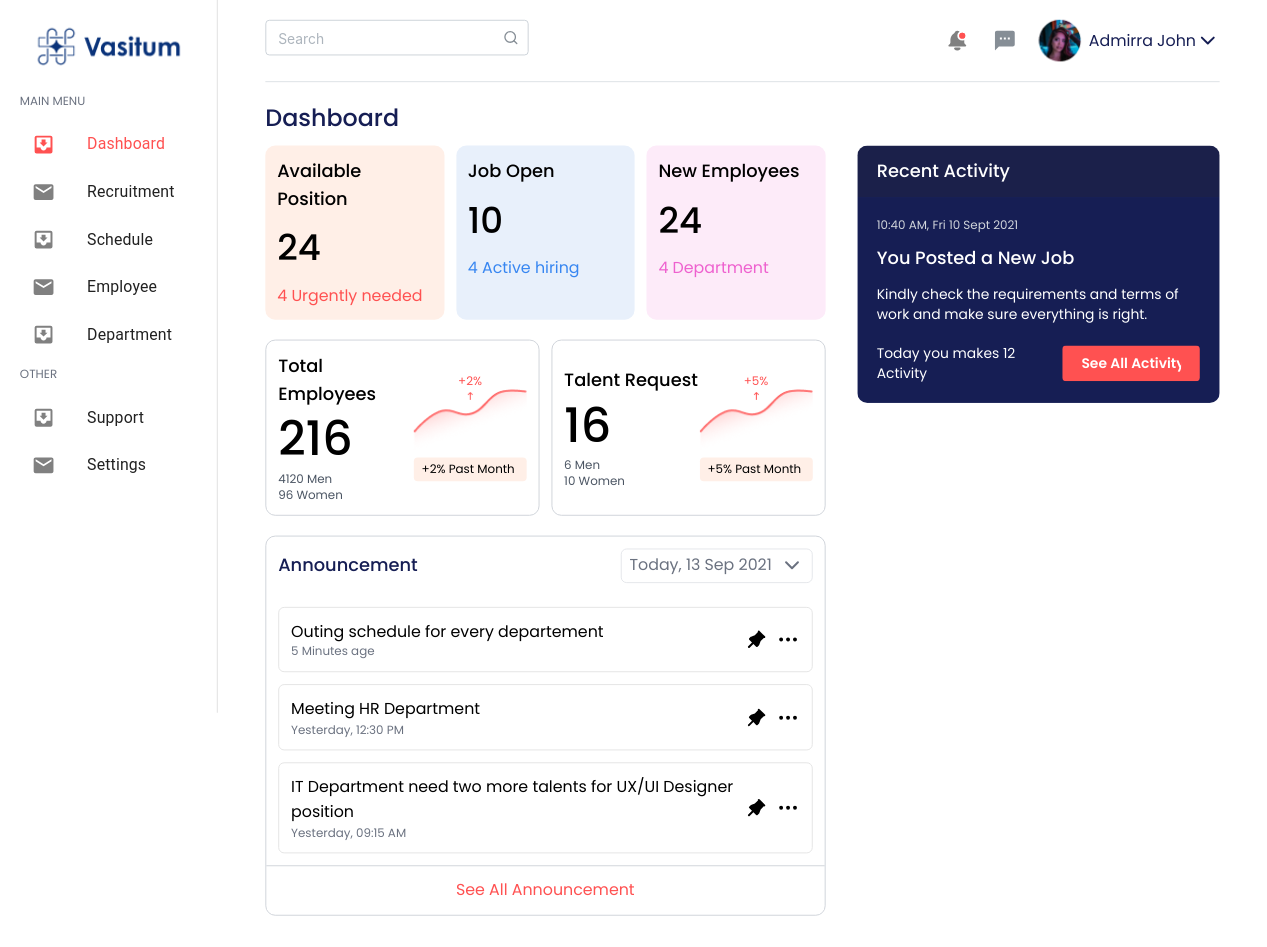
Repository: SatyaDewangan05/sample-dashboard
Page: /
An editor plug-in stored every save of this project. The page is shown before and after the next save, followed by the edit.
The browser window is 1280 px wide. The pictures show the whole page, at 99% of full size.
The project was rebuilt for these pictures with package versions that can differ from the ones it lists, and the page was loaded fresh each time. The framework's server and built-in components were replaced by stand-ins that run in the browser. Also part of the build but not shown: next.config.mjs.

Above is the page before, as saved 2024-09-22 09:16:22.

### src/app/layout.js
import localFont from "next/font/local";
import "./globals.css";
import { MantineProvider } from "@mantine/core";
import "@mantine/core/styles.css";

const geistSans = localFont({
  src: "./fonts/GeistVF.woff",
  variable: "--font-geist-sans",
  weight: "100 900",
});
const geistMono = localFont({
  src: "./fonts/GeistMonoVF.woff",
  variable: "--font-geist-mono",
  weight: "100 900",
});

import { Poppins } from "next/font/google";
const poppins = Poppins({
  weight: ["400", "500", "600", "700"], // You can choose different weights like '300', '500' etc.
  subsets: ["latin"],
});

export const metadata = {
  title: "Create Next App",
  description: "Generated by create next app",
};

export default function RootLayout({ children }) {
  return (
    <html lang="en">
      <body className={`${poppins.className} antialiased bg-white`}>
        <MantineProvider>{children}</MantineProvider>
      </body>
    </html>
  );
}

### src/app/page.jsx
"use client";

import Image from "next/image";
import MiniDrawer from "./components/Drawer";
import {
  ActionIcon,
  Anchor,
  Avatar,
  Button,
  Divider,
  Indicator,
  TextInput,
  Title,
} from "@mantine/core";
import { Search } from "lucide-react";
import {
  IconBellFilled,
  IconChevronCompactDown,
  IconChevronDown,
  IconDots,
  IconPinFilled,
} from "@tabler/icons-react";
import TextsmsIcon from "@mui/icons-material/Textsms";
import DP from "@/images/dp.png";
import ThreeData from "./components/card/ThreeData";
import DetailChart from "./components/card/DetailChart";
import Event from "./components/card/Event";

export default function Home() {
  return (
    <div className="flex">
      <MiniDrawer />
      <div className="w-full px-12">
        {/* Top Bar */}
        <div className="w-full py-5 flex justify-between">
          <TextInput placeholder="Search" rightSection={<Search size={16} />} />
          <div className="flex items-center gap-5">
            <ActionIcon
              variant="transparent"
              color="gray"
              // c="black"
              aria-label="Settings"
            >
              <Indicator color="#FF5151" offset={7} withBorder>
                <IconBellFilled color="gray" />
              </Indicator>
            </ActionIcon>
            <ActionIcon
              variant="transparent"
              color="gray"
              // c="black"
              aria-label="Settings"
            >
              <TextsmsIcon color="gray" />
            </ActionIcon>
            <div className="flex gap-2 items-center">
              <Image src={DP} />
              <Anchor
                href="https://mantine.dev/"
                target="_blank"
                underline="never"
                c="#161E54"
              >
                <div className="flex items-center">
                  Admirra John
                  <IconChevronDown />
                </div>
              </Anchor>
            </div>
          </div>
        </div>

        <Divider />

        <div className="w-full py-5">
          <p className="text-2xl font-medium text-[#161E54]">Dashboard</p>
          <div className="py-3 grid grid-cols-5 gap-8">
            <div className="col-span-3 flex flex-col gap-5">
              <div className="grid grid-cols-3 gap-3">
                <ThreeData
                  heading="Available Position"
                  figure={24}
                  text="4 Urgently needed"
                  bgColor="#FFEFE7"
                  textColor="#FF5151"
                />
                <ThreeData
                  heading="Job Open"
                  figure={10}
                  text="4 Active hiring"
                  bgColor="#E8F0FB"
                  textColor="#3786F1"
                />
                <ThreeData
                  heading="New Employees"
                  figure={24}
                  text="4 Department"
                  bgColor="#FDEBF9"
                  textColor="#EE61CF"
                />
              </div>
              <div className="grid grid-cols-2 gap-3">
                <DetailChart
                  heading="Total Employees"
                  figure={216}
                  texts={["4120 Men", "96 Women"]}
                  variation="+2%"
                />
                <DetailChart
                  heading="Talent Request"
                  figure={16}
                  texts={["6 Men", "10 Women"]}
                  variation="+5%"
                />
              </div>

              <div className="rounded-[10px] border border-gray-300">
                <div className="p-3 flex justify-between items-center">
                  <p className="text-lg font-medium text-[#161E54]">
                    Announcement
                  </p>
                  <div className="px-2 py-1 rounded-md border border-gray-200 flex items-center gap-2 text-gray-500">
                    <p>Today, 13 Sep 2021</p>
                    <IconChevronDown />
                  </div>
                </div>
                <div className="p-3 flex flex-col gap-3">
                  <Event
                    text="Outing schedule for every departement"
                    lastUpdate="5 Minutes age"
                  />
                  <Event
                    text="Meeting HR Department"
                    lastUpdate="Yesterday, 12:30 PM"
                  />
                  <Event
                    text="IT Department need two more talents for UX/UI Designer position"
                    lastUpdate="Yesterday, 09:15 AM"
                  />
                </div>
                <Divider color="#d1d5db" />
                <div className="p-3 text-[#FF5151] text-center hover:text-opacity-60 hover:cursor-pointer">
                  {" "}
                  See All Announcement
                </div>
              </div>
            </div>
            <div className="col-span-2 flex flex-col gap-3">
              <div className="rounded-[10px] overflow-hidden text-white">
                <p className="px-5 py-3 text-lg font-medium bg-[#1B204A]">
                  Recent Activity
                </p>
                <div className="p-5 bg-[#161E54]">
                  <p className="text-xs text-gray-300">
                    10:40 AM, Fri 10 Sept 2021
                  </p>
                  <p className="mt-3 text-lg font-medium">
                    You Posted a New Job
                  </p>
                  <p className="mt-3 text-sm">
                    Kindly check the requirements and terms of work and make
                    sure everything is right.
                  </p>
                  <div className="mt-5 flex justify-between items-center">
                    <p className="text-sm">Today you makes 12 Activity</p>
                    <Button color="#FF5151" c="white">
                      See All Activity
                    </Button>
                  </div>
                </div>
              </div>
            </div>
          </div>
        </div>
      </div>
    </div>
  );
}

### src/app/globals.css
@tailwind base;
@tailwind components;
@tailwind utilities;

:root {
  --background: #ffffff;
  --foreground: #171717;
}

/* @media (prefers-color-scheme: dark) {
  :root {
    --background: #0a0a0a;
    --foreground: #ededed;
  }
} */

body {
  color: var(--foreground);
  background: var(--background);
  font-family: Arial, Helvetica, sans-serif;
}

@layer utilities {
  .text-balance {
    text-wrap: balance;
  }
}

@layer base {
  :root {
    --background: 0 0% 100%;
    --foreground: 0 0% 3.9%;
    --card: 0 0% 100%;
    --card-foreground: 0 0% 3.9%;
    --popover: 0 0% 100%;
    --popover-foreground: 0 0% 3.9%;
    --primary: 0 0% 9%;
    --primary-foreground: 0 0% 98%;
    --secondary: 0 0% 96.1%;
    --secondary-foreground: 0 0% 9%;
    --muted: 0 0% 96.1%;
    --muted-foreground: 0 0% 45.1%;
    --accent: 0 0% 96.1%;
    --accent-foreground: 0 0% 9%;
    --destructive: 0 84.2% 60.2%;
    --destructive-foreground: 0 0% 98%;
    --border: 0 0% 89.8%;
    --input: 0 0% 89.8%;
    --ring: 0 0% 3.9%;
    --chart-1: 12 76% 61%;
    --chart-2: 173 58% 39%;
    --chart-3: 197 37% 24%;
    --chart-4: 43 74% 66%;
    --chart-5: 27 87% 67%;
    --radius: 0.5rem;
  }
  .dark {
    --background: 0 0% 3.9%;
    --foreground: 0 0% 98%;
    --card: 0 0% 3.9%;
    --card-foreground: 0 0% 98%;
    --popover: 0 0% 3.9%;
    --popover-foreground: 0 0% 98%;
    --primary: 0 0% 98%;
    --primary-foreground: 0 0% 9%;
    --secondary: 0 0% 14.9%;
    --secondary-foreground: 0 0% 98%;
    --muted: 0 0% 14.9%;
    --muted-foreground: 0 0% 63.9%;
    --accent: 0 0% 14.9%;
    --accent-foreground: 0 0% 98%;
    --destructive: 0 62.8% 30.6%;
    --destructive-foreground: 0 0% 98%;
    --border: 0 0% 14.9%;
    --input: 0 0% 14.9%;
    --ring: 0 0% 83.1%;
    --chart-1: 220 70% 50%;
    --chart-2: 160 60% 45%;
    --chart-3: 30 80% 55%;
    --chart-4: 280 65% 60%;
    --chart-5: 340 75% 55%;
  }
}

@layer base {
  * {
    @apply border-border;
  }
  body {
    @apply bg-background text-foreground;
  }
}

### src/app/components/Drawer.jsx
"use client";

import { styled } from "@mui/material/styles";
import MuiDrawer from "@mui/material/Drawer";
import List from "@mui/material/List";
import IconButton from "@mui/material/IconButton";
import MenuIcon from "@mui/icons-material/Menu";

import ListItem from "@mui/material/ListItem";
import ListItemButton from "@mui/material/ListItemButton";
import ListItemIcon from "@mui/material/ListItemIcon";
import ListItemText from "@mui/material/ListItemText";
import InboxIcon from "@mui/icons-material/MoveToInbox";
import MailIcon from "@mui/icons-material/Mail";
import { useState } from "react";
import Image from "next/image";

import Logo from "@/images/logo.svg";
import LogoWithName from "@/images/logo_with_name.png";

const drawerWidth = 220;

const openedMixin = (theme) => ({
  width: drawerWidth,
  transition: theme.transitions.create("width", {
    easing: theme.transitions.easing.sharp,
    duration: theme.transitions.duration.enteringScreen,
  }),
  overflowX: "hidden",
});

const closedMixin = (theme) => ({
  transition: theme.transitions.create("width", {
    easing: theme.transitions.easing.sharp,
    duration: theme.transitions.duration.leavingScreen,
  }),
  overflowX: "hidden",
  width: "80px",
  [theme.breakpoints.up("sm")]: {
    width: "80px",
  },
});

const DrawerHeader = styled("div")(({ theme }) => ({
  display: "flex",
  alignItems: "center",
  justifyContent: "center",
  padding: "20px",
  // necessary for content to be below app bar
  ...theme.mixins.toolbar,
}));

const Drawer = styled(MuiDrawer, {
  shouldForwardProp: (prop) => prop !== "open",
})(({ theme }) => ({
  width: drawerWidth,
  flexShrink: 0,
  whiteSpace: "nowrap",
  boxSizing: "border-box",
  variants: [
    {
      props: ({ open }) => open,
      style: {
        ...openedMixin(theme),
        "& .MuiDrawer-paper": openedMixin(theme),
      },
    },
    {
      props: ({ open }) => !open,
      style: {
        ...closedMixin(theme),
        "& .MuiDrawer-paper": closedMixin(theme),
      },
    },
  ],
}));

export default function MiniDrawer() {
  const [open, setOpen] = useState(true);

  const [active, setActive] = useState("Dashboard");

  return (
    <Drawer variant="permanent" open={open}>
      <DrawerHeader>
        <IconButton onClick={() => setOpen((prevState) => !prevState)}>
          {open ? (
            <Image src={LogoWithName} alt="Images" />
          ) : (
            <Image className="mx-auto" src={Logo} alt="Images" />
          )}
        </IconButton>
      </DrawerHeader>
      <p
        className={`h-5 uppercase text-xs  text-gray-500 ${
          open ? "pl-5" : "text-center"
        }`}
      >
        Main Menu
      </p>
      <List>
        {["Dashboard", "Recruitment", "Schedule", "Employee", "Department"].map(
          (text, index) => (
            <ListItem key={text} disablePadding sx={{ display: "block" }}>
              <ListItemButton
                sx={[
                  {
                    minHeight: 48,
                    px: 2,
                    color: active === text ? "#FF5151" : "unset",
                  },
                  open
                    ? {
                        justifyContent: "initial",
                      }
                    : {
                        justifyContent: "center",
                      },
                ]}
                onClick={() => setActive(text)}
              >
                <ListItemIcon
                  sx={[
                    {
                      //   minWidth: 0,
                      justifyContent: "center",
                      color: active === text ? "#FF5151" : "gray",
                    },
                    open
                      ? {
                          mr: 2,
                        }
                      : {
                          mx: "auto",
                        },
                  ]}
                >
                  {index % 2 === 0 ? <InboxIcon /> : <MailIcon />}
                </ListItemIcon>
                <ListItemText
                  primary={text}
                  sx={[
                    open
                      ? {
                          opacity: 1,
                        }
                      : {
                          opacity: 0,
                        },
                  ]}
                />
              </ListItemButton>
            </ListItem>
          )
        )}
      </List>
      <p
        className={`h-5 uppercase text-xs text-gray-500 ${
          open ? " pl-5" : "text-center"
        }`}
      >
        Other
      </p>
      <List>
        {["Support", "Settings"].map((text, index) => (
          <ListItem key={text} disablePadding sx={{ display: "block" }}>
            <ListItemButton
              sx={[
                {
                  minHeight: 48,
                  px: 2,
                },
                open
                  ? {
                      justifyContent: "initial",
                    }
                  : {
                      justifyContent: "center",
                    },
              ]}
              onClick={() => setActive(text)}
            >
              <ListItemIcon
                sx={[
                  {
                    justifyContent: "center",
                    color: active === text ? "#FF5151" : "gray",
                  },
                  open
                    ? {
                        mr: 2,
                      }
                    : {
                        mx: "auto",
                      },
                ]}
              >
                {index % 2 === 0 ? <InboxIcon /> : <MailIcon />}
              </ListItemIcon>
              <ListItemText
                primary={text}
                sx={[
                  open
                    ? {
                        opacity: 1,
                      }
                    : {
                        opacity: 0,
                      },
                ]}
              />
            </ListItemButton>
          </ListItem>
        ))}
      </List>
    </Drawer>
  );
}

### src/app/components/card/ThreeData.jsx
const ThreeData = ({ heading, figure, text, bgColor, textColor }) => {
  return (
    <div
      className="p-3 rounded-[10px] flex flex-col gap-2"
      style={{ backgroundColor: bgColor ? bgColor : "gray" }}
    >
      <p className="text-lg font-medium">{heading}</p>
      <p className="text-[36px] font-medium">{figure}</p>
      <p
        className="text-base"
        style={{ color: textColor ? textColor : "white" }}
      >
        {text}
      </p>
    </div>
  );
};

export default ThreeData;

### src/app/components/card/DetailChart.jsx
import Image from "next/image";
import Graph from "@/images/graph.png";
import GraphLine from "@/images/graph-line.png";
import UpArrow from "@/images/up-arrow.png";

const DetailChart = ({ heading, figure, texts, variation }) => {
  return (
    <div className="p-3 rounded-[10px] border border-gray-300 flex justify-between items-center">
      <div className="flex flex-col gap-2">
        <p className="text-lg font-medium">{heading}</p>
        <p className="text-5xl font-medium">{figure}</p>
        <div>
          {Array.isArray(texts)
            ? texts.map((text, index) => (
                <p key={index} className="text-xs text-gray-600">
                  {text}
                </p>
              ))
            : null}
        </div>
      </div>
      <div className="flex flex-col justify-center">
        <div className="flex flex-col  items-center">
          <p className="text-xs text-[#FF5151] text-center">{variation}</p>
          <div className="h-[69px] w-[114px] relative">
            <Image
              src={UpArrow}
              className="absolute -top-[2px] left-1/2 -translate-x-1/2 z-30"
            />
            <Image src={GraphLine} className="absolute top-0 z-30" />
            <Image src={Graph} className="absolute top-0 z-30" />
          </div>
        </div>
        <div className="px-2 py-1 text-xs rounded bg-[#FFEFE7]">
          {variation} Past Month
        </div>
      </div>
    </div>
  );
};

export default DetailChart;

### src/app/components/card/Event.jsx
import { IconDots, IconPinFilled } from "@tabler/icons-react";
import { useState } from "react";

const Event = ({ text, lastUpdate }) => {
  const [pinned, setPinned] = useState(false);
  return (
    <div className="w-full p-3 rounded-md border flex justify-between items-center">
      <div>
        <p>{text}</p>
        <p className="text-xs text-gray-500">{lastUpdate}</p>
      </div>
      <div className="flex gap-2 items-center">
        <IconPinFilled
          color={pinned ? "gray" : "unset"}
          className="hover:cursor-pointer"
          onClick={() => setPinned((prevState) => !prevState)}
        />
        <IconDots />
      </div>
    </div>
  );
};

export default Event;

Loaded but not shown: tailwind.config.js (common file)

After the next save:
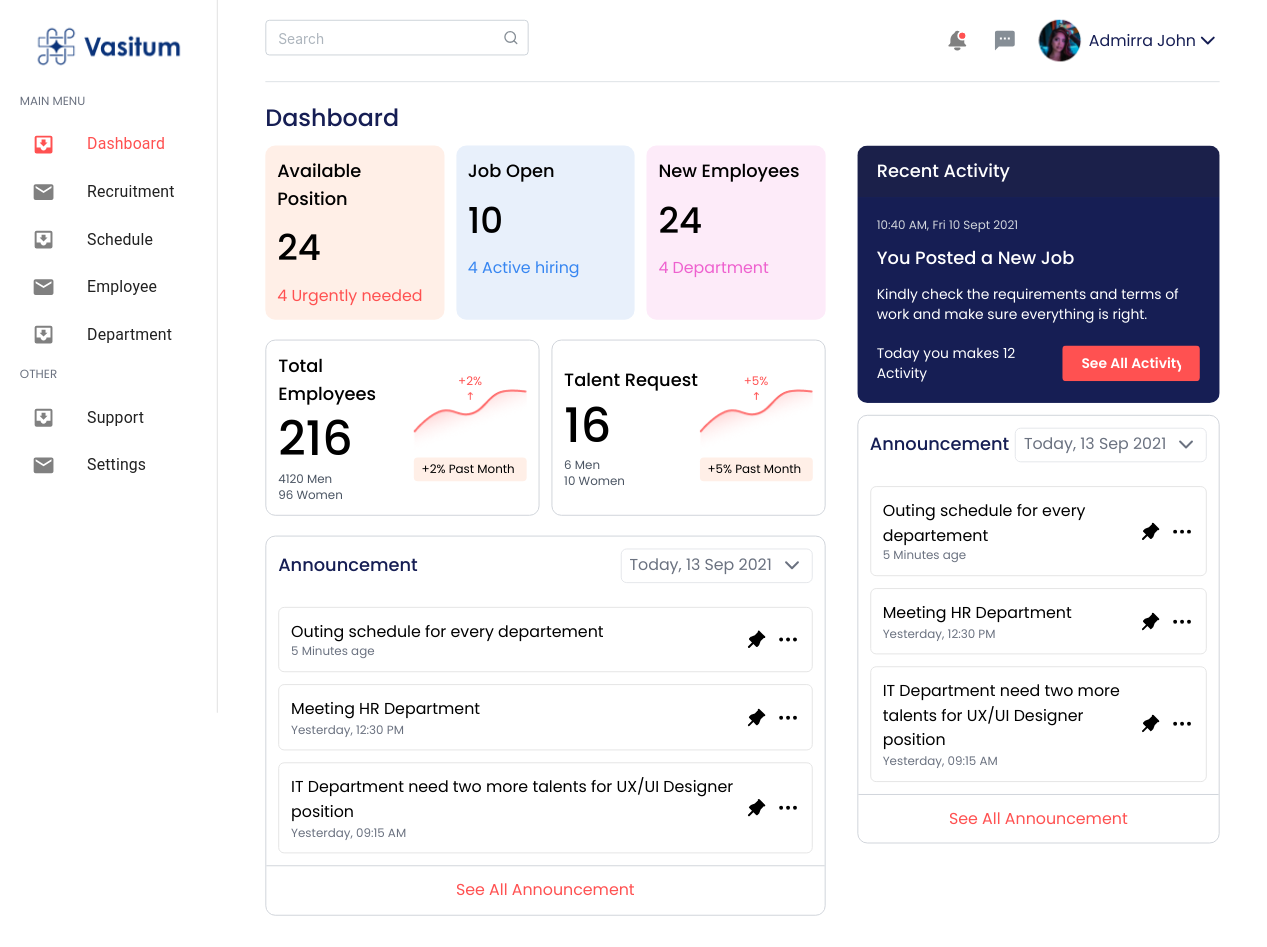
Saved 26 s later.
--- a/src/app/page.jsx
+++ b/src/app/page.jsx
@@ -169,6 +169,36 @@ export default function Home() {
                   </div>
                 </div>
               </div>
+              <div className="rounded-[10px] border border-gray-300">
+                <div className="p-3 flex justify-between items-center">
+                  <p className="text-lg font-medium text-[#161E54]">
+                    Announcement
+                  </p>
+                  <div className="px-2 py-1 rounded-md border border-gray-200 flex items-center gap-2 text-gray-500">
+                    <p>Today, 13 Sep 2021</p>
+                    <IconChevronDown />
+                  </div>
+                </div>
+                <div className="p-3 flex flex-col gap-3">
+                  <Event
+                    text="Outing schedule for every departement"
+                    lastUpdate="5 Minutes age"
+                  />
+                  <Event
+                    text="Meeting HR Department"
+                    lastUpdate="Yesterday, 12:30 PM"
+                  />
+                  <Event
+                    text="IT Department need two more talents for UX/UI Designer position"
+                    lastUpdate="Yesterday, 09:15 AM"
+                  />
+                </div>
+                <Divider color="#d1d5db" />
+                <div className="p-3 text-[#FF5151] text-center hover:text-opacity-60 hover:cursor-pointer">
+                  {" "}
+                  See All Announcement
+                </div>
+              </div>
             </div>
           </div>
         </div>
